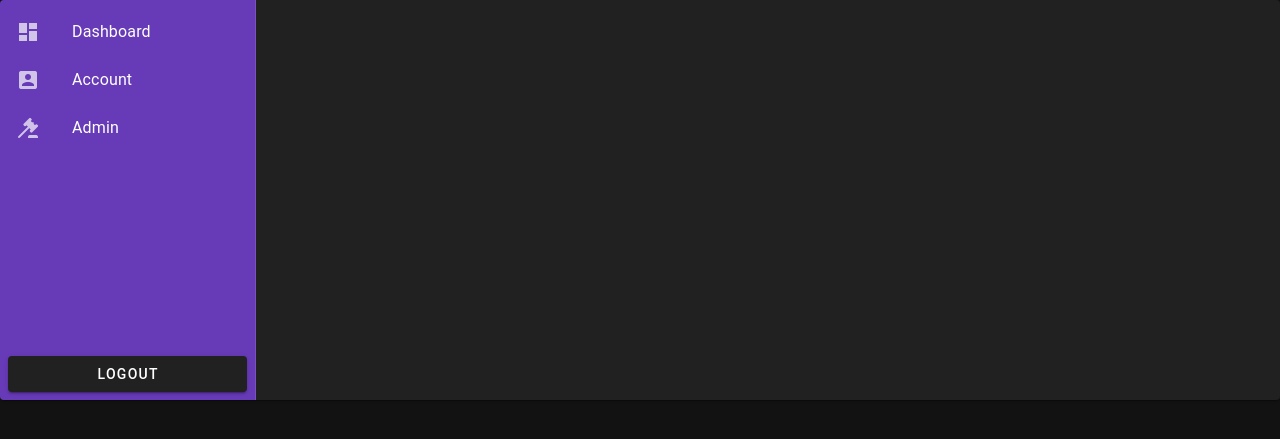
Repository: NtiSilva/Front_AG
Page: /
An editor plug-in stored every save of this project. The page is shown before and after the next save, followed by the edit.
The browser window is 1280 px wide. The pictures show the whole page.
The project was rebuilt for these pictures with package versions that can differ from the ones it lists, and the page was loaded fresh each time. Also part of the build but not shown: vite.config.mjs, src/components/Alert.vue, src/components/Atividades/FormActivities.vue, src/components/Atividades/index.vue, src/components/Clientes/FormClient.vue, src/components/Dialog.vue, src/components/DialogRemove.vue, src/components/Clientes/ListClients.vue and 6 more.

Above is the page before, as saved 2024-06-19 15:14:11.

After the next save:
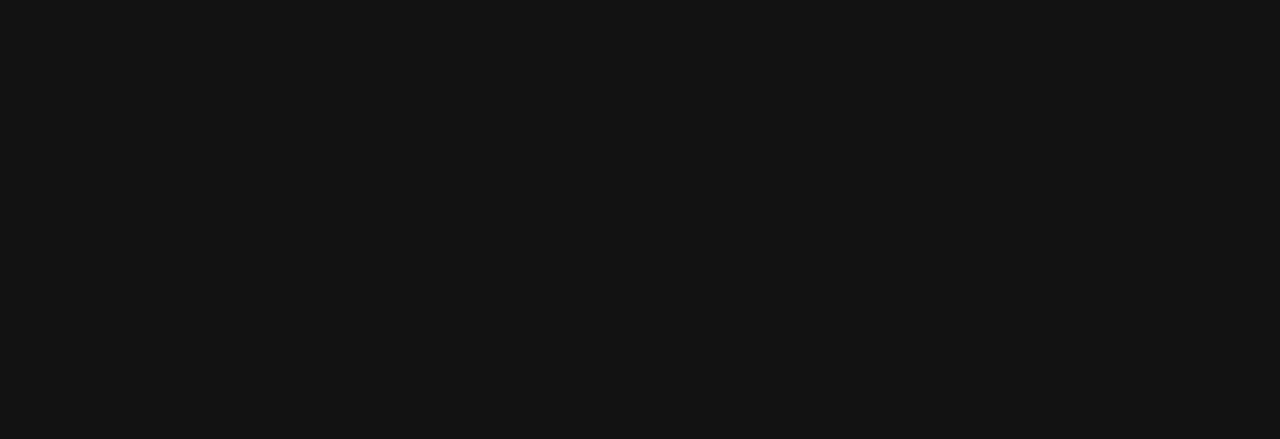
Saved 11 s later.
--- a/src/pages/index.vue
+++ b/src/pages/index.vue
@@ -21,7 +21,6 @@
           </div>
         </template>
       </v-navigation-drawer>
-      <v-main style="height: 400px"></v-main>
     </v-layout>
   </v-card>
   <HelloWorld />

After the save that followed:
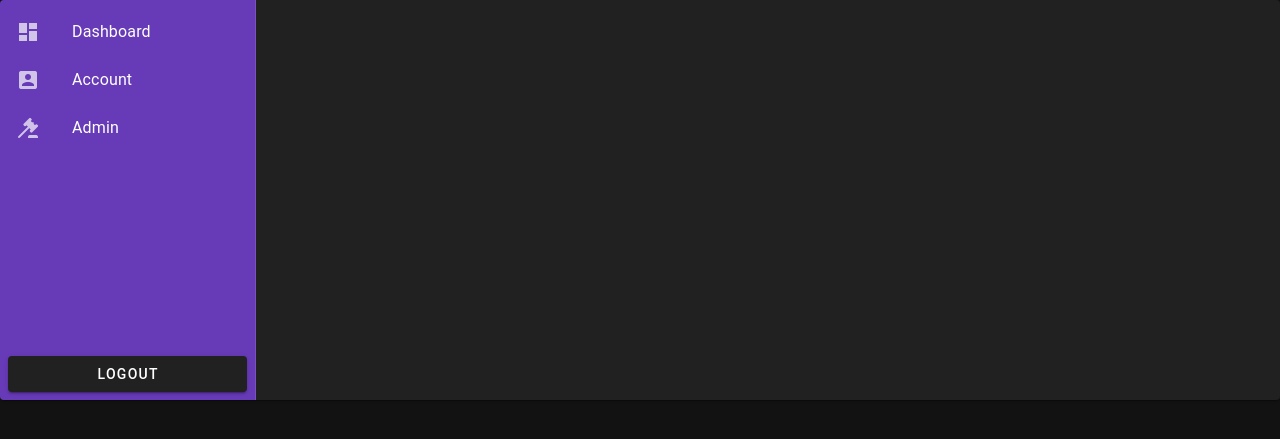
Saved 13 s later.
--- a/src/pages/index.vue
+++ b/src/pages/index.vue
@@ -21,9 +21,10 @@
           </div>
         </template>
       </v-navigation-drawer>
+      <v-main style="height: 400px"> <HelloWorld /></v-main>
     </v-layout>
   </v-card>
-  <HelloWorld />
+
 
 </template>
 
